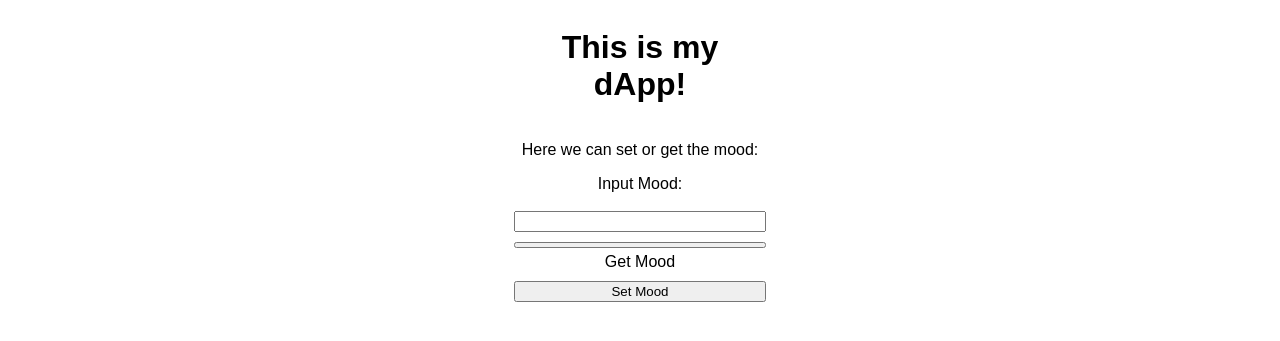
Repository: Sagar30601/MoodDapp
Page: index.html
These files come from the project's save history. The page is drawn as it stood at one moment and after the next save; the edit follows.
The browser window is 1280 px wide. The pictures show the whole page.

Above is the page before, as saved 2022-04-19 09:25:44.

After the next save:
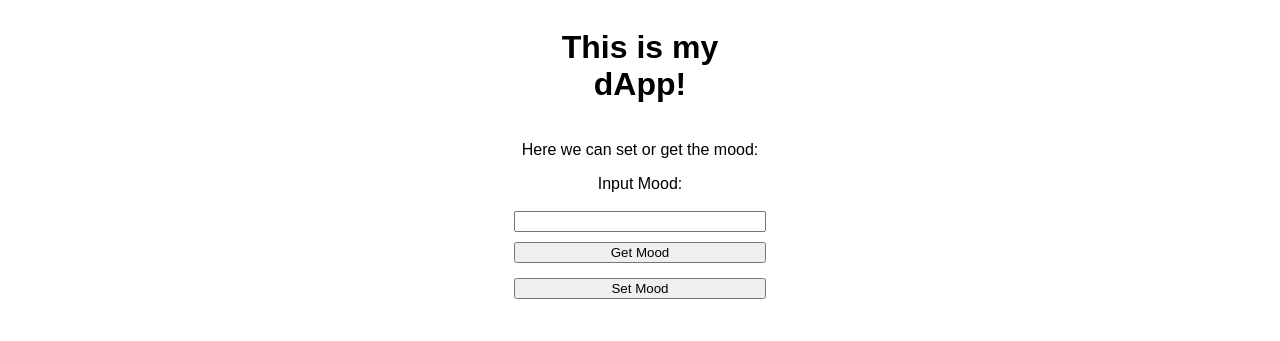
Saved 4 s later.
--- a/index.html
+++ b/index.html
@@ -13,7 +13,7 @@
         <p>Here we can set or get the mood:</p>
         <label for="mood">Input Mood:</label><br>
         <input type="text" id="mood">
-        <button onclick=></button>Get Mood</button>
+        <button onclick=>Get Mood</button>
         <button onclick="setMood()">Set Mood</button>
     </div>
 
